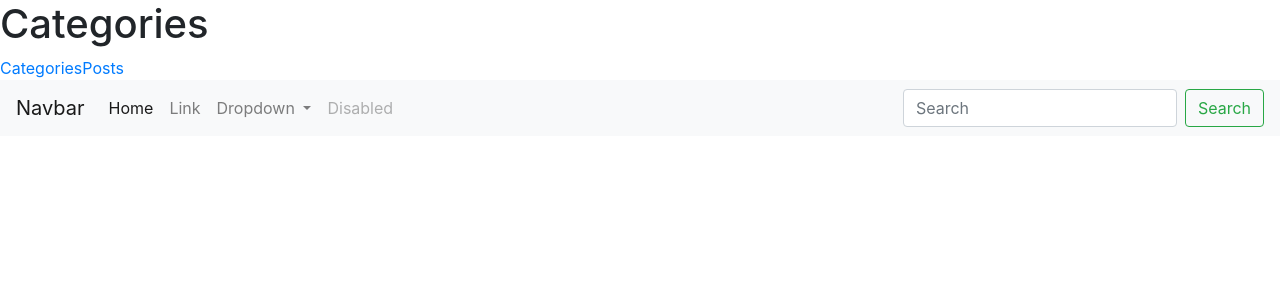
Repository: mahoone/revising_php
Page: http://localhost/public/index.php?v=categories
An editor plug-in stored every save of this project. The page is shown before and after the next save, followed by the edit.
The browser window is 1280 px wide. The pictures show the whole page.
The page is run by PHP 8.4 with error messages shown; the project is at /var/www/html/.

Above is the page before, as saved 2020-06-14 17:32:39.

After the next save:
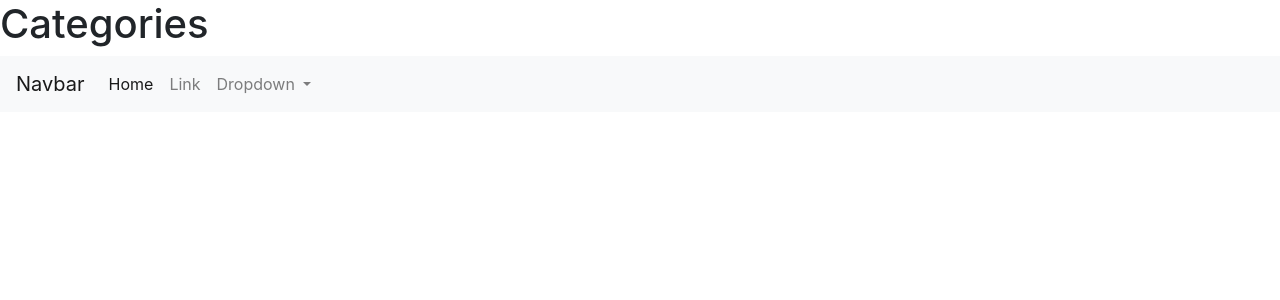
Saved 25 s later.
--- a/public/index.php
+++ b/public/index.php
@@ -11,11 +11,6 @@
 <?php
 include('../utils/utils.php');
 ?>
-
-<nav class="nav nav-bar">
-    <a href="index.php?v=categories">Categories</a>
-    <a href="index.php?v=posts">Posts</a>
-</nav>
 
 <nav class="navbar navbar-expand-lg navbar-light bg-light">
   <a class="navbar-brand" href="#">Navbar</a>
@@ -38,18 +33,9 @@
         <div class="dropdown-menu" aria-labelledby="navbarDropdown">
           <a class="dropdown-item" href="index.php?v=categories">Link 1</a>
           <a class="dropdown-item" href="index.php?v=posts">Link 2</a>
-          <div class="dropdown-divider"></div>
-          <a class="dropdown-item" href="#">Something else here</a>
         </div>
       </li>
-      <li class="nav-item">
-        <a class="nav-link disabled" href="#" tabindex="-1" aria-disabled="true">Disabled</a>
-      </li>
     </ul>
-    <form class="form-inline my-2 my-lg-0">
-      <input class="form-control mr-sm-2" type="search" placeholder="Search" aria-label="Search">
-      <button class="btn btn-outline-success my-2 my-sm-0" type="submit">Search</button>
-    </form>
   </div>
 </nav>
 
